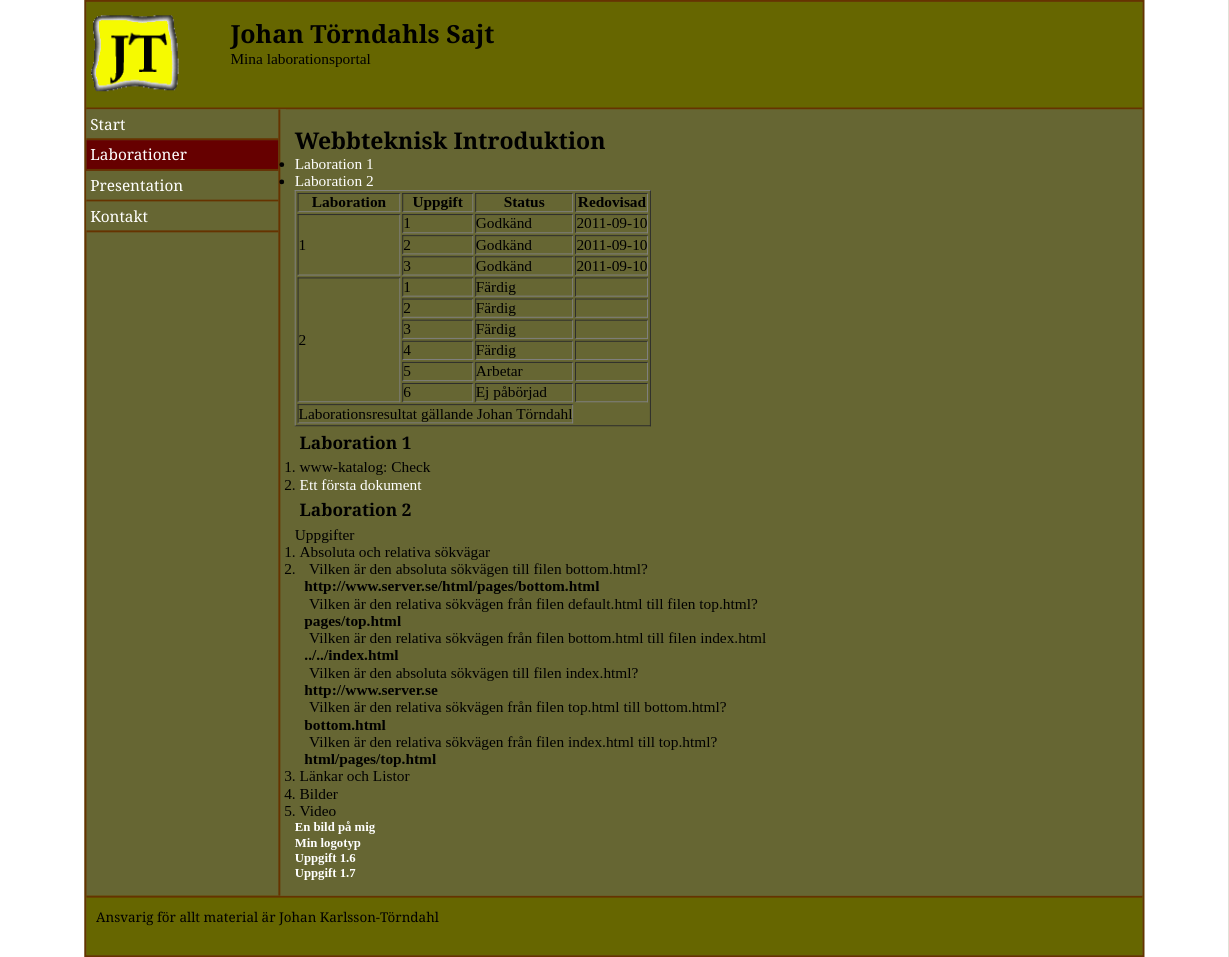
Repository: jt222ia/1ik415-jt222ia-laborationer
Page: pages/laborationer.html
The author's editor kept a record of every edit. The page is drawn from the files as they stood at one moment, then again after the next edit.
The browser window is 1280 px wide. The pictures show the whole page, at 96% of full size.

Above is the page before.

After the next edit:
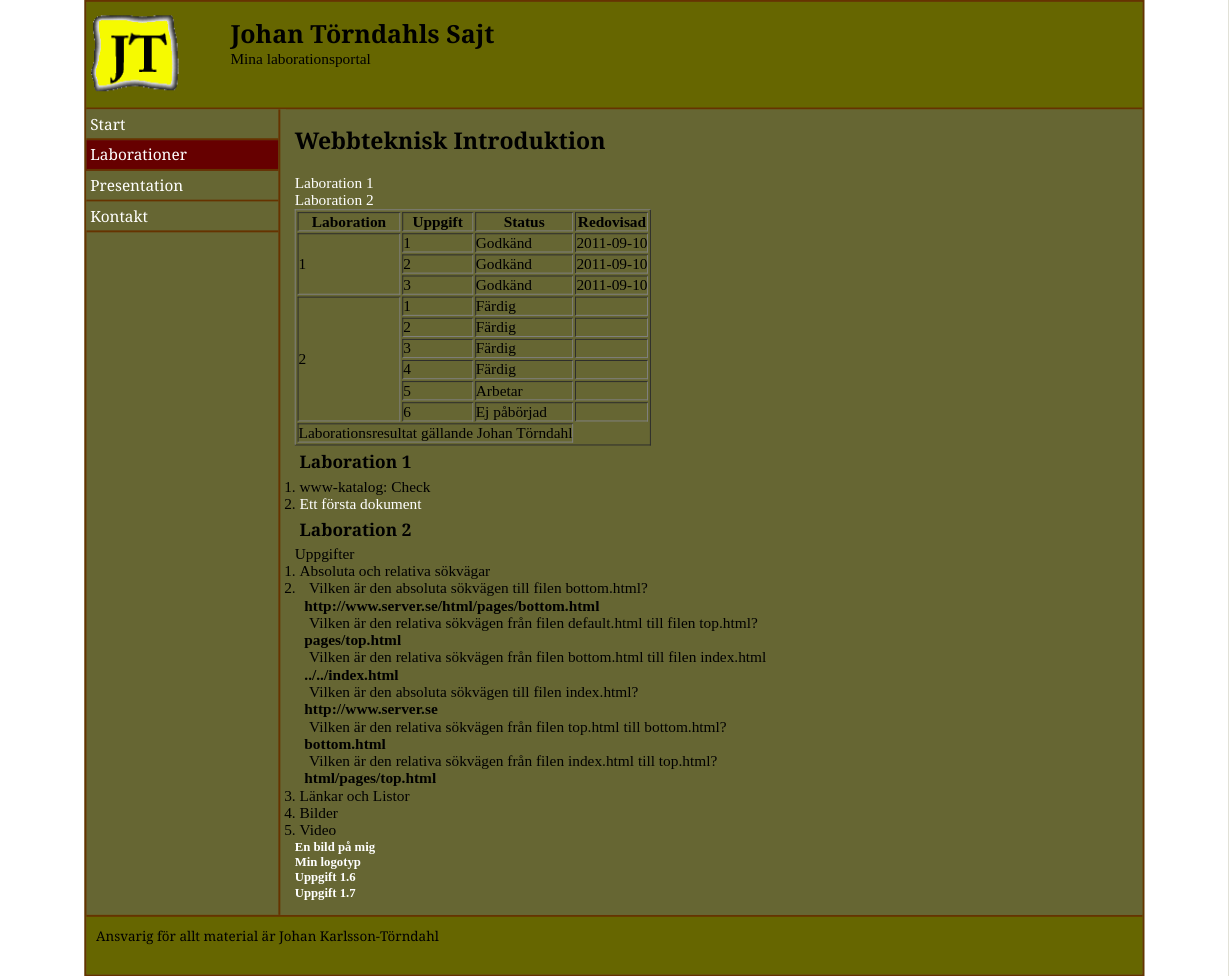
The edit:
--- a/pages/laborationer.html
+++ b/pages/laborationer.html
@@ -30,8 +30,8 @@
         </div>
         <div id="content">
         <h2>Webbteknisk Introduktion</h2>
-
-            <ul>
+        <br />
+            <ul class="sidul">
                 <li><a href="#laboration1">Laboration 1</a></li>
                 <li><a href="#laboration2">Laboration 2</a></li>
             </ul>
